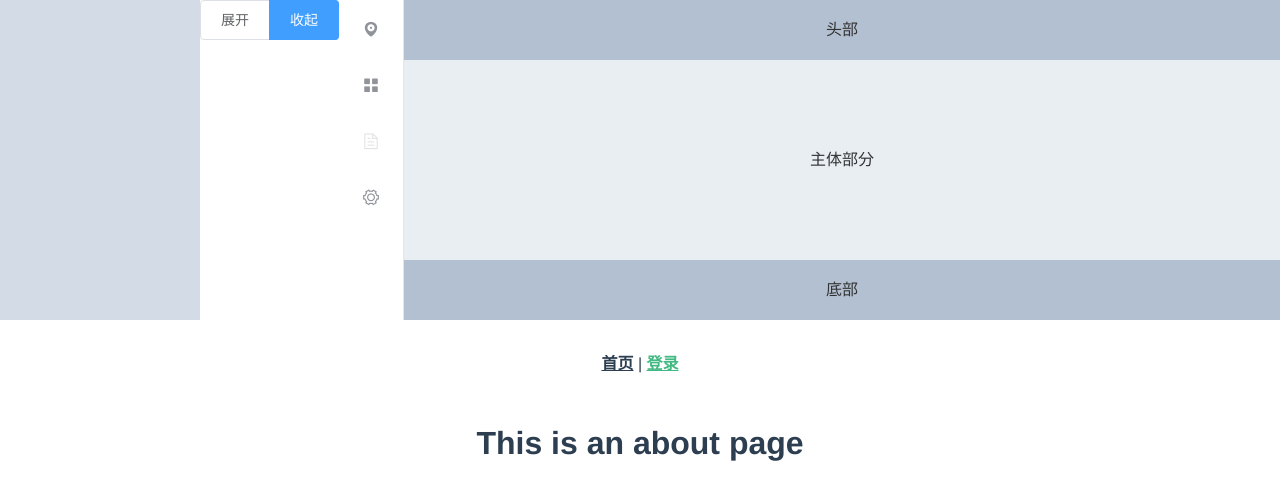
Repository: yshuf/bookstore-Management
Page: /about (app in bookstore-management/)
An editor plug-in stored every save of this project. The page is shown before and after the next save, followed by the edit.
The browser window is 1280 px wide. The pictures show the whole page.
The project was rebuilt for these pictures with package versions that can differ from the ones it lists, and the page was loaded fresh each time. Also part of the build but not shown: bookstore-management/vue.config.js, bookstore-management/src/components/HelloWorld.vue, bookstore-management/src/views/Home.vue.

Above is the page before, as saved 2020-03-06 18:52:22.

### bookstore-management/src/main.ts
import Vue from 'vue'
import App from './App.vue'
import './registerServiceWorker'
import router from './router'
import store from './store'
import ElementUI from 'element-ui'
import 'element-ui/lib/theme-chalk/index.css'

Vue.use(ElementUI)
Vue.config.productionTip = false

new Vue({
  router,
  store,
  render: h => h(App)
}).$mount('#app')

### bookstore-management/src/App.vue
<template>
  <div id="app">
       <el-container>
            <el-aside width="200px">
                </el-aside><el-radio-group v-model="isCollapse" style="margin-bottom: 20px;">
                    <el-radio-button :label="false">展开</el-radio-button>
                    <el-radio-button :label="true">收起</el-radio-button>
                </el-radio-group>
                <el-menu default-active="1-4-1" class="el-menu-vertical-demo" @open="handleOpen" @close="handleClose" :collapse="isCollapse">
                  <el-submenu index="1">
                    <template slot="title">
                      <i class="el-icon-location"></i>
                      <span slot="title">导航一</span>
                    </template>
                    <el-menu-item-group>
                      <span slot="title">分组一</span>
                      <el-menu-item index="1-1">选项1</el-menu-item>
                      <el-menu-item index="1-2">选项2</el-menu-item>
                    </el-menu-item-group>
                    <el-menu-item-group title="分组2">
                      <el-menu-item index="1-3">选项3</el-menu-item>
                    </el-menu-item-group>
                    <el-submenu index="1-4">
                      <span slot="title">选项4</span>
                      <el-menu-item index="1-4-1">选项1</el-menu-item>
                    </el-submenu>
                  </el-submenu>
                  <el-menu-item index="2">
                    <i class="el-icon-menu"></i>
                    <span slot="title">导航二</span>
                  </el-menu-item>
                  <el-menu-item index="3" disabled>
                    <i class="el-icon-document"></i>
                    <span slot="title">导航三</span>
                  </el-menu-item>
                  <el-menu-item index="4">
                    <i class="el-icon-setting"></i>
                    <span slot="title">导航四</span>
                  </el-menu-item>
                </el-menu>
            </el-aside>
            <el-container>
              <el-header>头部</el-header>
              <el-main>主体部分</el-main>
              <el-footer>底部</el-footer>
            </el-container>
        </el-container>
    <div id="nav">
      <router-link to="/">首页</router-link> |
      <router-link to="/about">登录</router-link>
    </div>
    <router-view/>
  </div>
</template>

<script>
export default {
    data () {
        return {
            isCollapse: true
        }
    },
    methods: {
       handleOpen (key, keyPath) {
            console.log(key, keyPath)
       },
       handleClose (key, keyPath) {
            console.log(key, keyPath)
       }
    }
}
</script>

<style lang="less">
body,html {
    margin: 0;
    padding: 0;
}
#app {
  font-family: Avenir, Helvetica, Arial, sans-serif;
  -webkit-font-smoothing: antialiased;
  -moz-osx-font-smoothing: grayscale;
  text-align: center;
  color: #2c3e50;
}
.el-header, .el-footer {
  background-color: #B3C0D1;
  color: #333;
  text-align: center;
  line-height: 60px;
}

.el-aside {
  background-color: #D3DCE6;
  color: #333;
  text-align: center;
  line-height: 200px;
}

.el-main {
  background-color: #E9EEF3;
  color: #333;
  text-align: center;
  line-height: 160px;
}

body > .el-container {
  margin-bottom: 40px;
}

.el-container:nth-child(5) .el-aside,
.el-container:nth-child(6) .el-aside {
  line-height: 260px;
}

.el-container:nth-child(7) .el-aside {
  line-height: 320px;
}

#nav {
  padding: 30px;

  a {
    font-weight: bold;
    color: #2c3e50;

    &.router-link-exact-active {
      color: #42b983;
    }
  }
}
</style>

Loaded but not shown: bookstore-management/public/index.html (common file); bookstore-management/src/registerServiceWorker.ts (common file); bookstore-management/src/router/index.ts (common file); bookstore-management/src/store/index.ts (common file); bookstore-management/src/views/About.vue (common file)

After the next save:
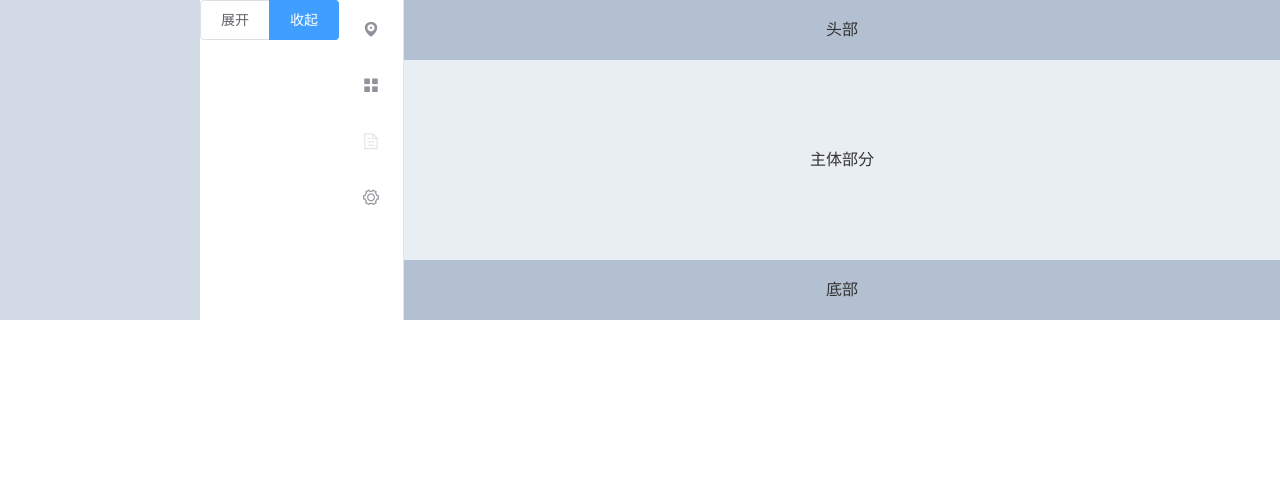
Saved 5 min 56 s later.
--- a/bookstore-management/src/App.vue
+++ b/bookstore-management/src/App.vue
@@ -45,11 +45,11 @@
               <el-footer>底部</el-footer>
             </el-container>
         </el-container>
-    <div id="nav">
+    <!-- <div id="nav">
       <router-link to="/">首页</router-link> |
       <router-link to="/about">登录</router-link>
     </div>
-    <router-view/>
+    <router-view/> -->
   </div>
 </template>
 
